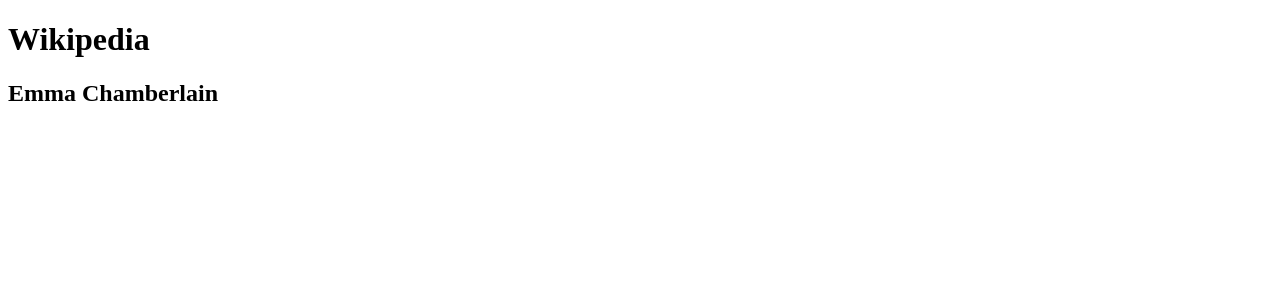
Repository: ethan-schrauf/UniversalDesignWebsite
Page: wikipedia.html
These files come from the project's save history. The page is drawn as it stood at one moment and after the next save; the edit follows.
The browser window is 1280 px wide. The pictures show the whole page.

Above is the page before, as saved 2023-09-29 22:28:52.

### wikipedia.html
<!DOCTYPE html>
<html lang="en">
<head>
    <meta charset="UTF-8">
    <meta http-equiv="X-UA-Compatible" content="IE=edge">
    <meta name="viewport" content="width=device-width, initial-scale=1.0">
    <link href="css/semantic.css" rel="stylesheet">

    <title>Document</title>
</head>

<!-- main heading of page - only use h1 once per page -->
<header>
    <h1>Wikipedia</h1>
</header>

<!-- main content of page -->

<h2>Emma Chamberlain</h2>
</html>

### semantic.css
.sr-only {
    border: 0;
    clip: rect(0, 0, 0, 0);
    height: 1px;
    margin: -1px;
    overflow: hidden;
    padding: 0;
    position: absolute;
    width: 1px;
}

After the next save:
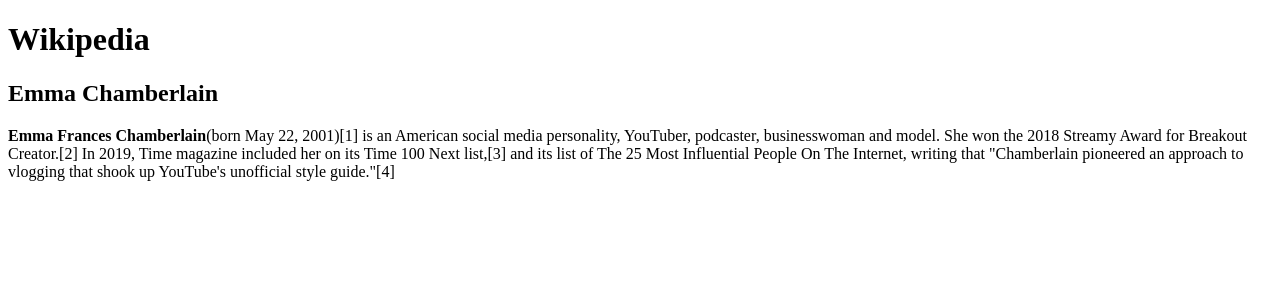
Saved 112 s later.
--- a/wikipedia.html
+++ b/wikipedia.html
@@ -17,4 +17,5 @@
 <!-- main content of page -->
 
 <h2>Emma Chamberlain</h2>
+<p><strong>Emma Frances Chamberlain</strong>(born May 22, 2001)[1] is an American social media personality, YouTuber, podcaster, businesswoman and model. She won the 2018 Streamy Award for Breakout Creator.[2] In 2019, Time magazine included her on its Time 100 Next list,[3] and its list of The 25 Most Influential People On The Internet, writing that "Chamberlain pioneered an approach to vlogging that shook up YouTube's unofficial style guide."[4] </p>
 </html>
